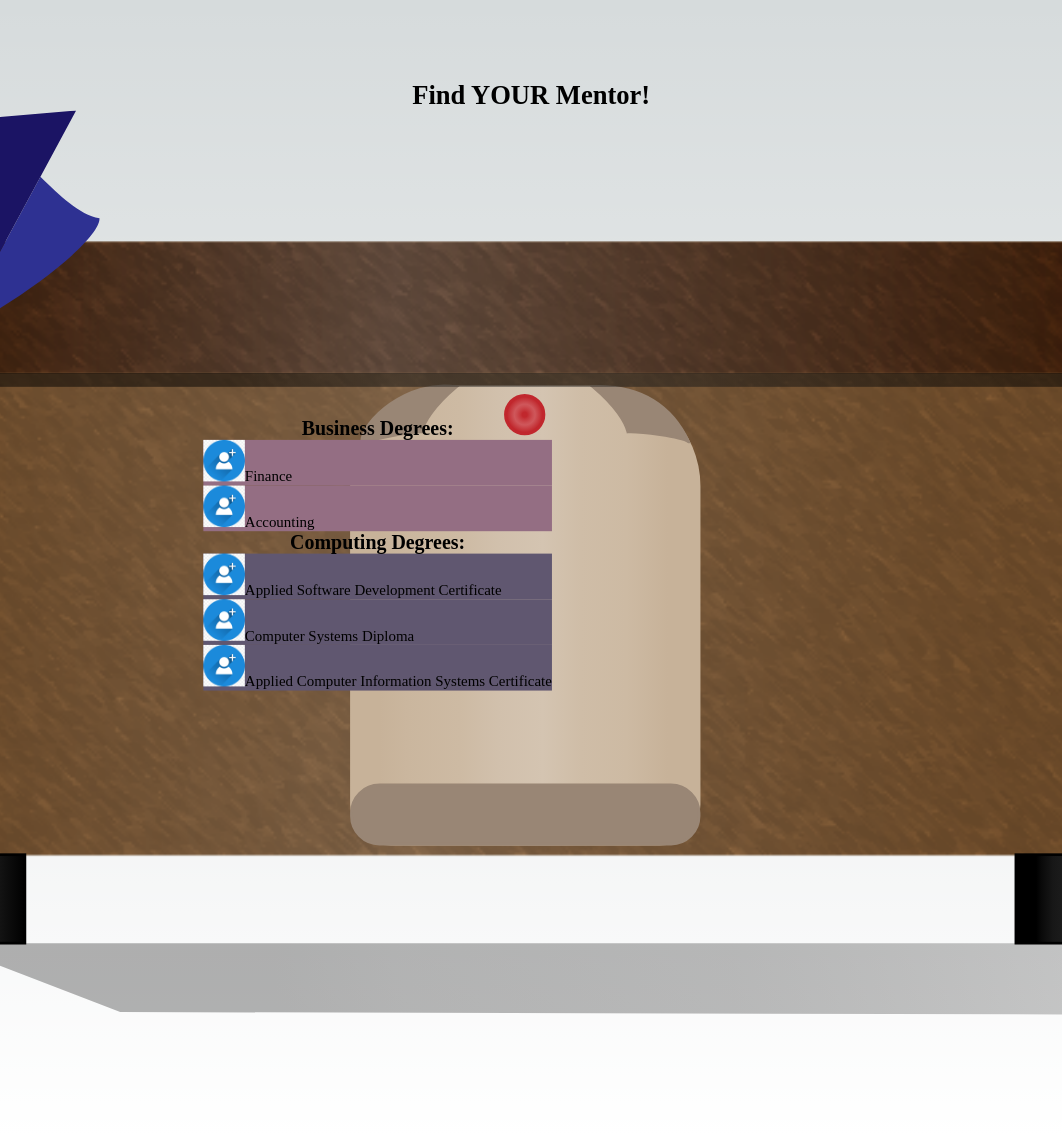
Repository: anikagrewal/week3example
Page: /home
The author's editor kept a copy of each file at every save. The page is drawn from the files as they stood at one save, then again after the next save.
The browser window is 1280 px wide. The pictures show the whole page, at 83% of full size.
The project was rebuilt for these pictures with package versions that can differ from the ones it lists, and the page was loaded fresh each time. The framework's server and built-in components were replaced by stand-ins that run in the browser. Also part of the build but not shown: next.config.js.

Above is the page before, as saved 2023-01-23 01:28:49.

After the next save:
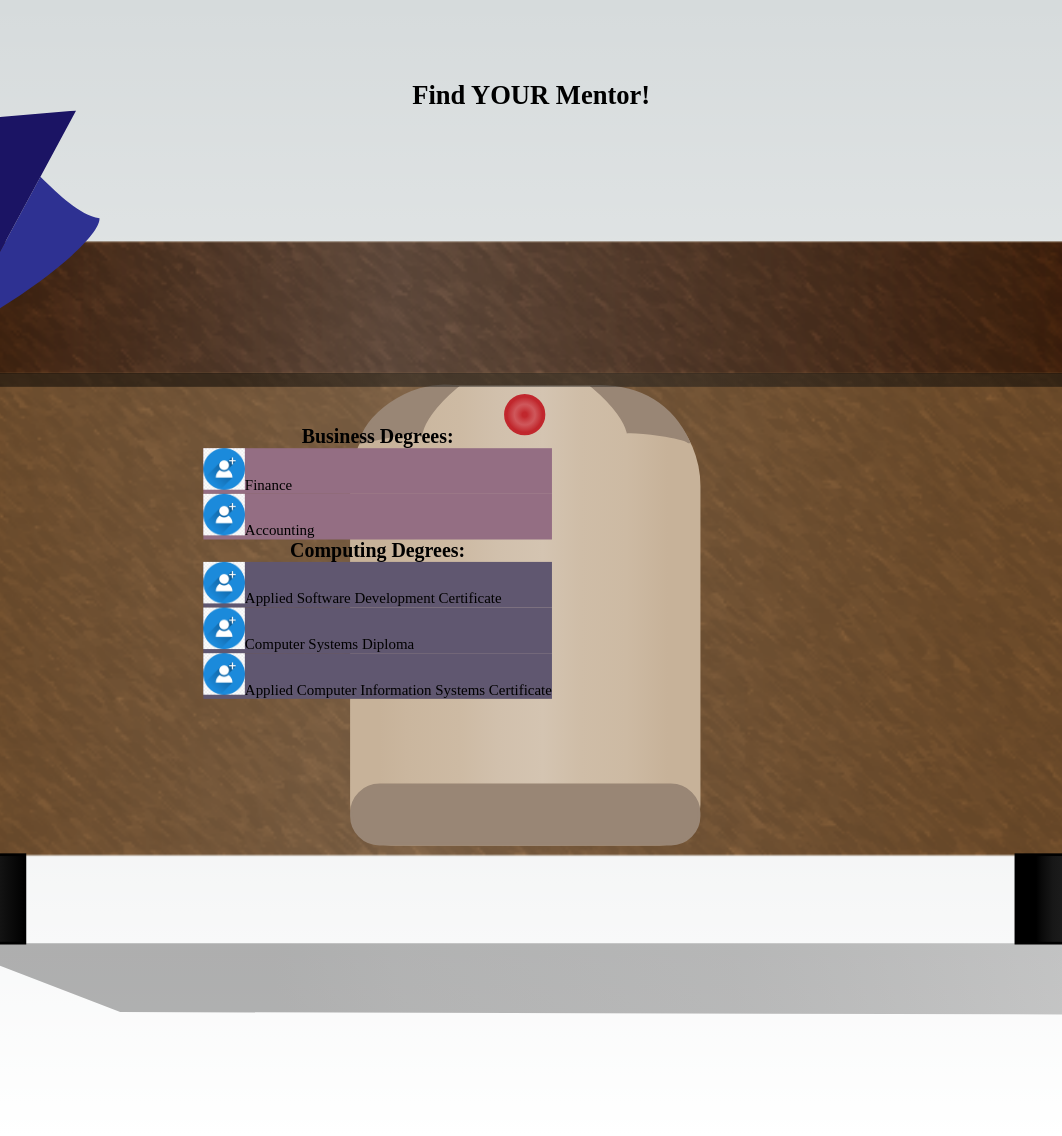
Saved 16 s later.
--- a/styles/Home.module.css
+++ b/styles/Home.module.css
@@ -172,7 +172,7 @@
 
 
 .scroll {
-  margin-top: 370px;
+  margin-top: 380px;
   margin-left: 655px;
   position: absolute;
 
